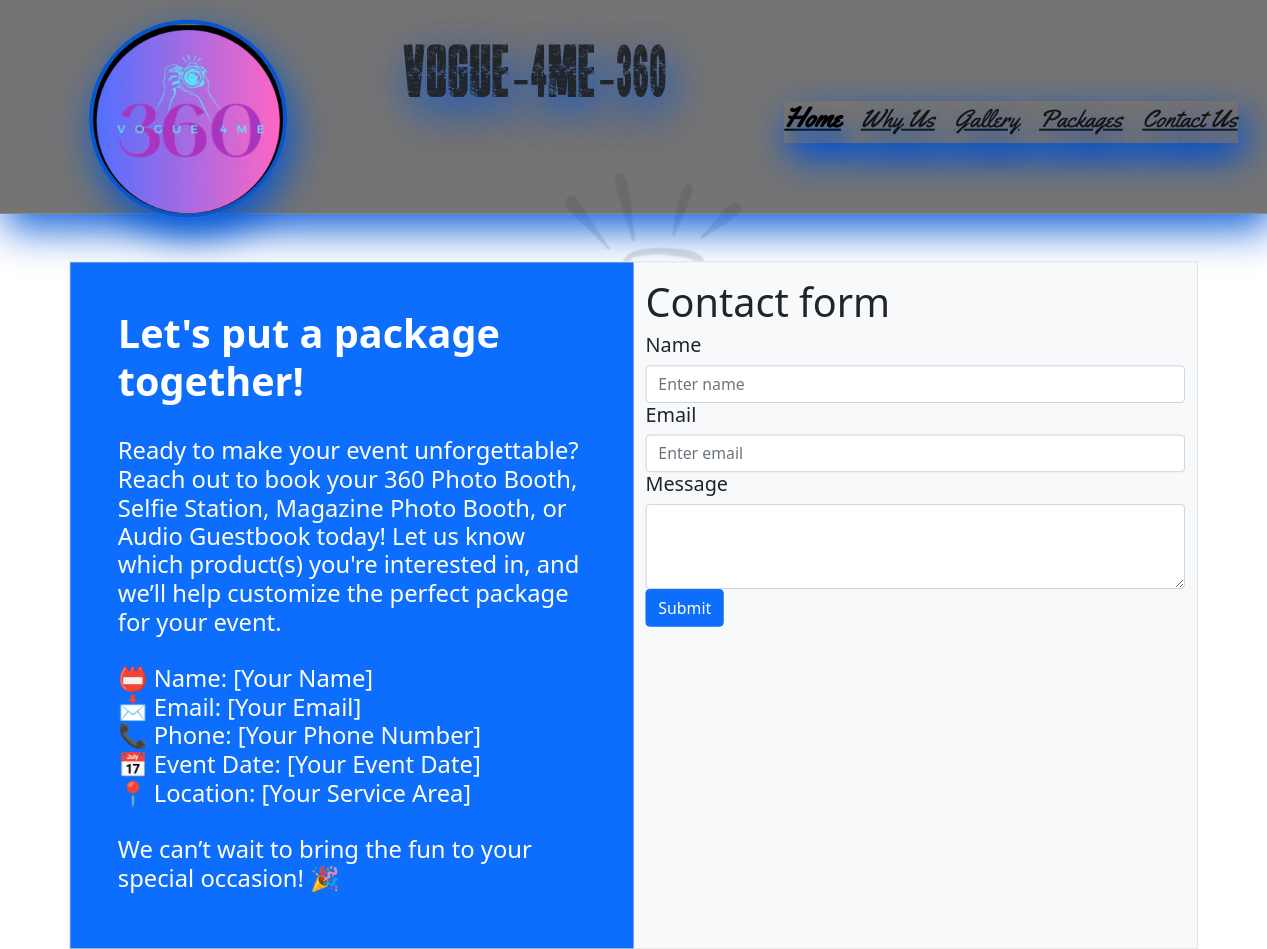
Repository: ErvinClay13/Vogue360-website
Page: contactUs.html
The author's editor kept a copy of each file at every save. The page is drawn from the files as they stood at one save, then again after the next save.
The browser window is 1280 px wide. The pictures show the whole page, at 99% of full size.
Backgrounds fixed to the window are drawn as part of the page.

Above is the page before, as saved 2025-03-06 04:09:20.
Console error: ReferenceError: emailjs is not defined

After the next save:
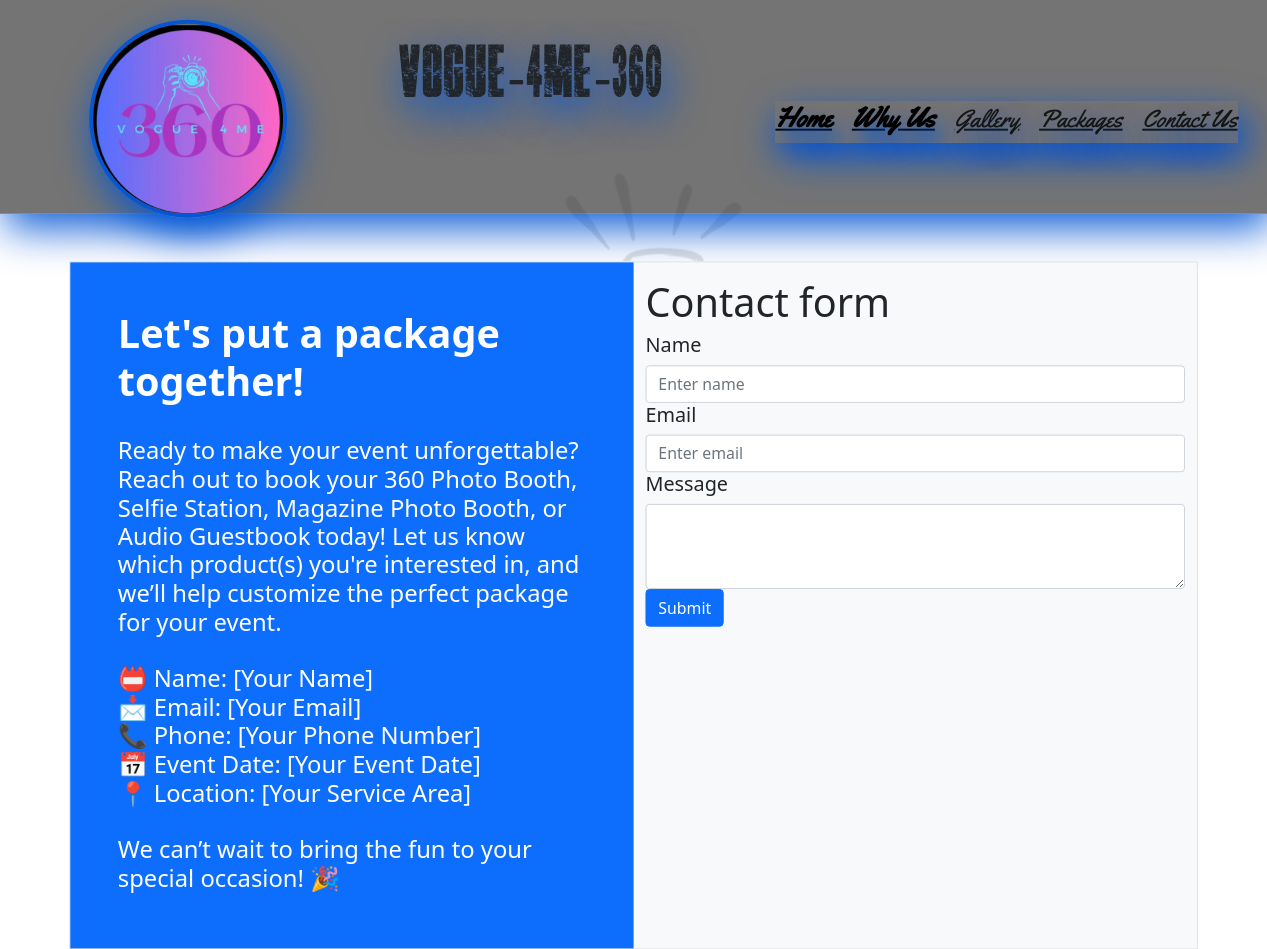
Saved 24 s later.
--- a/contactUs.html
+++ b/contactUs.html
@@ -170,7 +170,7 @@
 
         <nav class="link-pages" id="link_pages">
           <h3><a href="home.html" id="myLink">Home</a></h3>
-          <a href="why-us.html">Why Us</a>
+          <h3><a href="why-us.html" id="myLink">Why Us</a></h3>
           <a href="gallery.html">Gallery</a>
           <a href="packages.html">Packages</a>
           <a href="contactUs.html">Contact Us</a>
